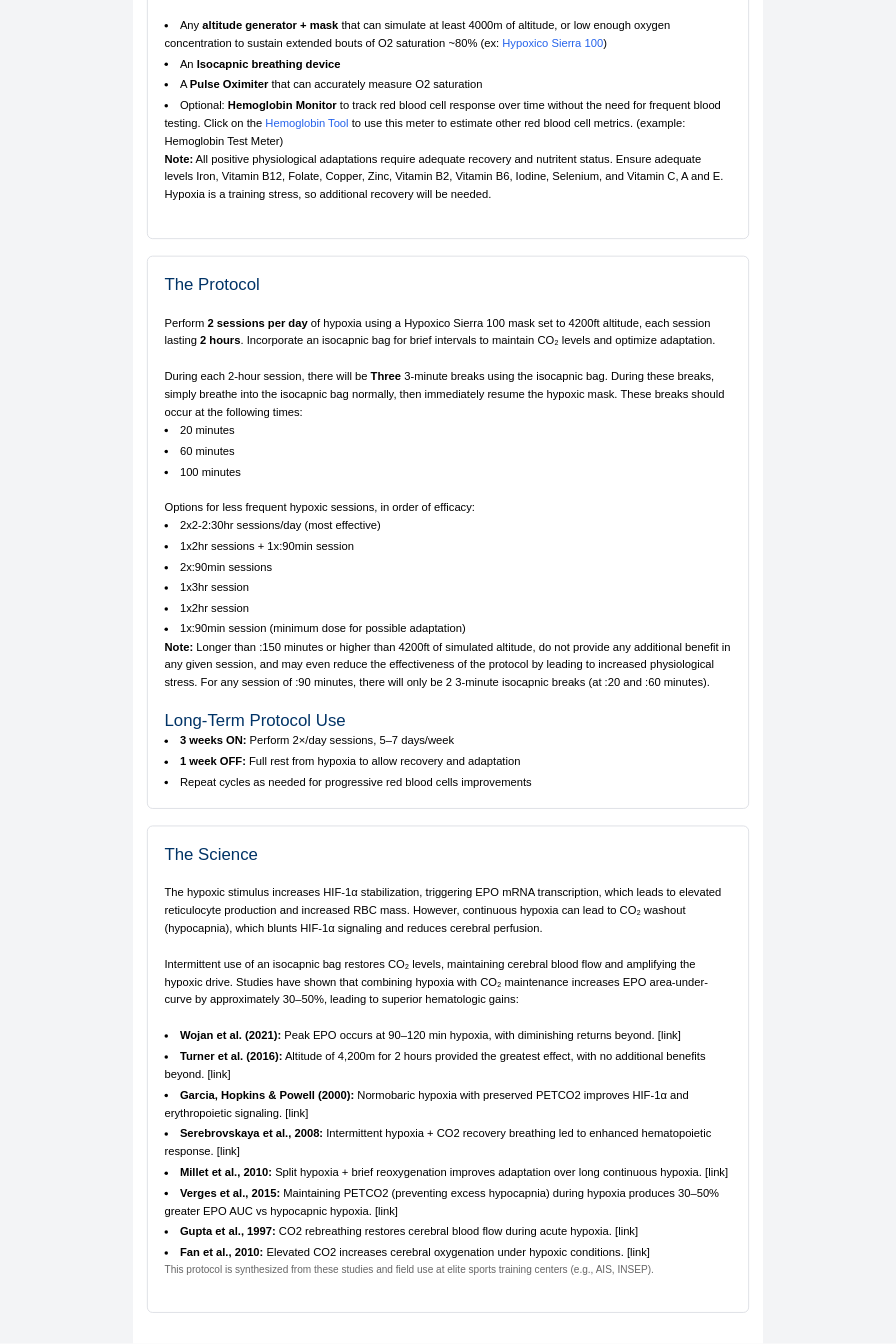
Repository: austenhughes1/hemoglobin_rbc_metrics
Page: hypoxia_protocol.html
The author's editor kept a copy of each file at every save. The page is drawn from the files as they stood at one save, then again after the next save.
The browser window is 1280 px wide. The pictures show the part of the page from y = 928 to 2848 px (the page is 2848 px tall), at 70% of full size.
Some web libraries are served in a nearby version.

Above is the page before, as saved 2025-06-26 15:49:53.

After the next save:
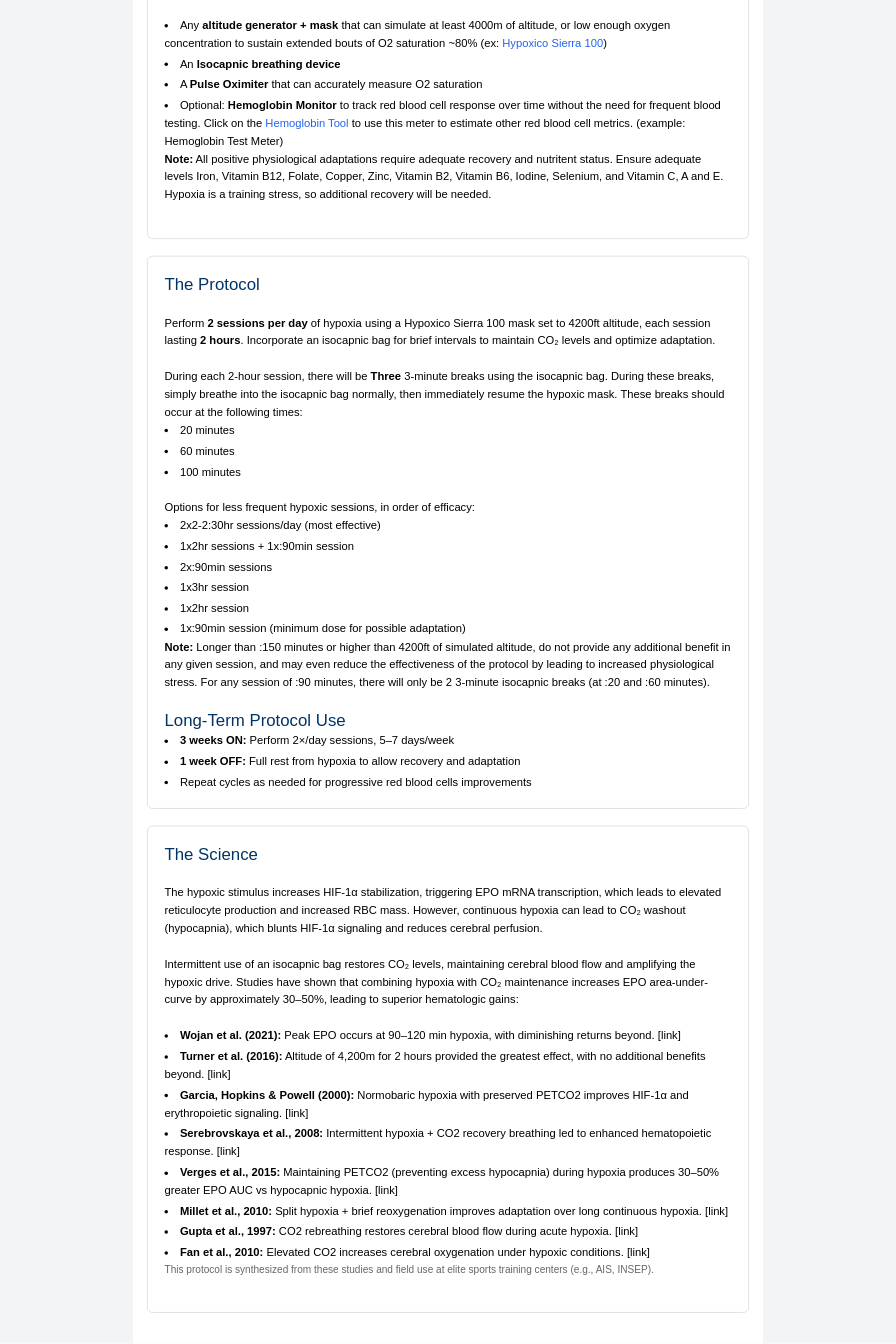
Saved 30 s later.
--- a/hypoxia_protocol.html
+++ b/hypoxia_protocol.html
@@ -140,10 +140,10 @@
             <li><strong>Wojan et al. (2021):</strong> Peak EPO occurs at 90–120 min hypoxia, with diminishing returns beyond. [<a href="https://digitalcommons.wku.edu/ijesab/vol2/iss13/14/" target="_blank">link</a>]</li>
             <li><strong>Turner et al. (2016):</strong> Altitude of 4,200m for 2 hours provided the greatest effect, with no additional benefits beyond. [<a href="chrome-extension://efaidnbmnnnibpcajpcglclefindmkaj/https://scispace.com/pdf/the-time-course-of-endogenous-erythropoietin-il-6-and-tnfa-ay76186dmp.pdf?utm_source=chatgpt.com" target="_blank">link</a>]</li>
             <li><strong>Garcia, Hopkins & Powell (2000):</strong> Normobaric hypoxia with preserved PETCO2 improves HIF-1α and erythropoietic signaling. [<a href="https://pubmed.ncbi.nlm.nih.gov/10996186/" target="_blank">link</a>]</li>
+            <li><strong>Serebrovskaya et al., 2008:</strong> Intermittent hypoxia + CO2 recovery breathing led to enhanced hematopoietic response. [<a href="https://pmc.ncbi.nlm.nih.gov/articles/PMC3186684/" target="_blank">link</a>]</li>
+            <li><strong>Verges et al., 2015:</strong> Maintaining PETCO2 (preventing excess hypocapnia) during hypoxia produces 30–50% greater EPO AUC vs hypocapnic hypoxia. [<a href="https://www.frontiersin.org/journals/pediatrics/articles/10.3389/fped.2015.00058/full" target="_blank">link</a>]</li>
 
-            <li><strong>Serebrovskaya et al., 2008:</strong> Intermittent hypoxia + CO2 recovery breathing led to enhanced hematopoietic response. [<a href="https://pmc.ncbi.nlm.nih.gov/articles/PMC3186684/" target="_blank">link</a>]</li>
             <li><strong>Millet et al., 2010:</strong> Split hypoxia + brief reoxygenation improves adaptation over long continuous hypoxia. [<a href="https://pubmed.ncbi.nlm.nih.gov/20020784/" target="_blank">link</a>]</li>
-            <li><strong>Verges et al., 2015:</strong> Maintaining PETCO2 (preventing excess hypocapnia) during hypoxia produces 30–50% greater EPO AUC vs hypocapnic hypoxia. [<a href="https://www.frontiersin.org/journals/pediatrics/articles/10.3389/fped.2015.00058/full" target="_blank">link</a>]</li>
             <li><strong>Gupta et al., 1997:</strong> CO2 rebreathing restores cerebral blood flow during acute hypoxia. [<a href="https://pubmed.ncbi.nlm.nih.gov/9096307/" target="_blank">link</a>]</li>
             <li><strong>Fan et al., 2010:</strong> Elevated CO2 increases cerebral oxygenation under hypoxic conditions. [<a href="https://pubmed.ncbi.nlm.nih.gov/19828899/" target="_blank">link</a>]</li>
         </ul>
